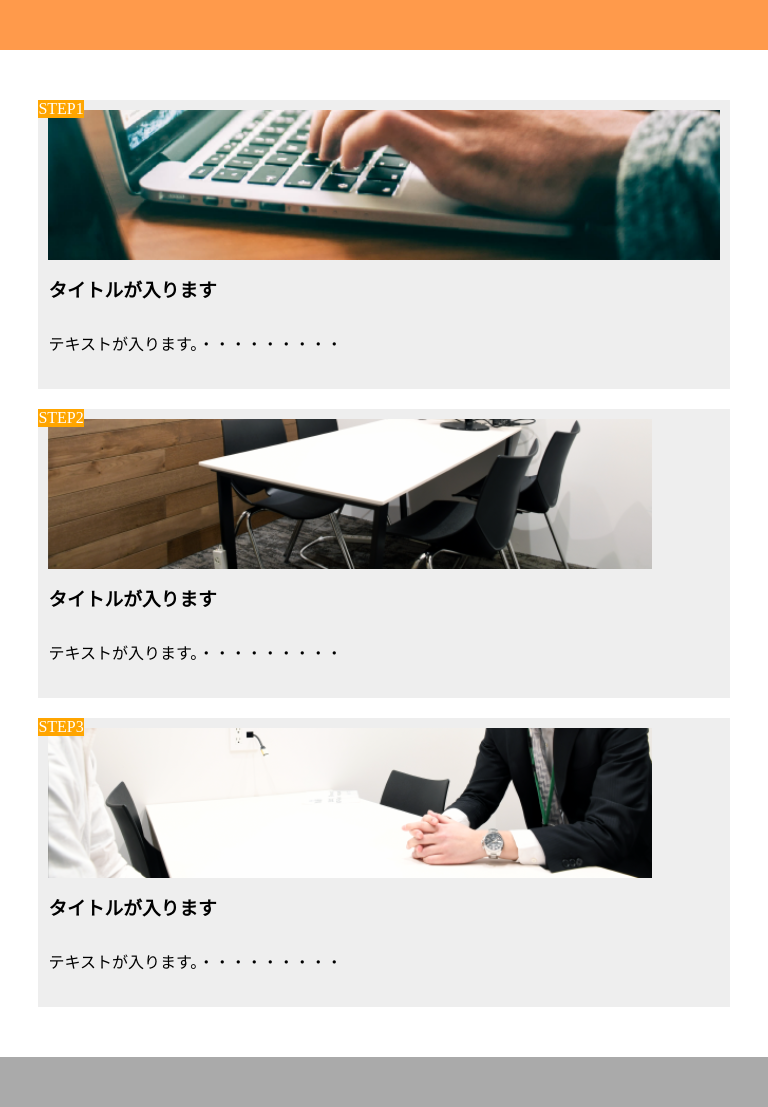
Repository: hahumanhugou/test1
Page: test1/test1.html
The author's editor kept a record of every edit. The page is drawn from the files as they stood at one moment, then again after the next edit.
The browser window is 768 px wide. The pictures show the whole page.
Some web libraries are served in a nearby version.

Above is the page before.

### test1/test1.html
<!DOCTYPE html>
<html lang="ja">
  <head>
    <meta charset="UTF-8" />
    <meta name="viewport" content="width=device-width,initial-scale=1.0">
     <script src="https://kit.fontawesome.com/13adee6c96.js" crossorigin="anonymous"></script>
    <!-- CSSファイルの読み込み -->
    <link rel="stylesheet" href="test1.css" />
    <title>確認課題１</title>
  </head>

  <body>
    <!-- header -->
    <header>  </header>
      <div class="largebox">
        <div class="box">
         <div class="image"></div>
          <h3 class="title">タイトルが入ります</h3>
          　<p class="text">テキストが入ります。・・・・・・・・・ </p>
          　　<div class="step"><font color="white">STEP1</font></div>
          </div>
            <div class="box">
         <div class="image2"></div>
          <h3 class="title">タイトルが入ります</h3>
          　<p class="text">テキストが入ります。・・・・・・・・・ </p>
          　　<div class="step"><font color="white">STEP2</font></div>
          </div>
            <div class="box">
         <div class="image3"></div>
          <h3 class="title">タイトルが入ります</h3>
          　<p class="text">テキストが入ります。・・・・・・・・・ </p>
          　　<div class="step"><font color="white">STEP3</font></div>
          </div>



        </div>
    <footer></footer>
 </body>
</html>

### test1/test1.css
* {
  box-sizing: border-box;
  margin: 0;
  padding: 0;
}

header {
  height: 50px;
  background-color: #ff9a4b;
}


.largebox{
  width: 960px;
  margin: 50px auto;
  display: flex;
}

.box{
  width: 300px;
  margin-right: 30px;
  padding: 10px;
  position: relative;
  background-color: #eee;
}

.step-box:last-child {
  margin-right: 0;
}
.image{
  background-image: url(img/flow01.png);
  height: 150px;
  background-position: bottom;
  background-size: cover;
}

.image2{
  background-image: url(img/flow02.png);
  height: 150px;
  background-position: bottom;
  background-size: cover;
}
.image3{
  background-image: url(img/flow03.png);
  height: 150px;
  background-position: bottom;
  background-size: cover;
}

.title{
 margin: 15px 0 5px;
}


.step{
 position: absolute;
 background-color: orange;
 top: 0;
 left: 0;
}

footer {
  height: 50px;
  background-color: #aaa;
}

@media screen and (max-width: 768px) {

.largebox{
  width: 100%;
  display: block;
  margin-right: 0;
  padding-left: 5%;
  padding-right: 5%;
}

.box{
  width: 100%;
  margin-bottom: 20px;

}

.step-box:last-child {
  margin-bottom:  0;
}
.image{
 width: 100%;
}

.image2{
 width: 90%
}
.image3{
 width: 90%;
}



}

After the next edit:
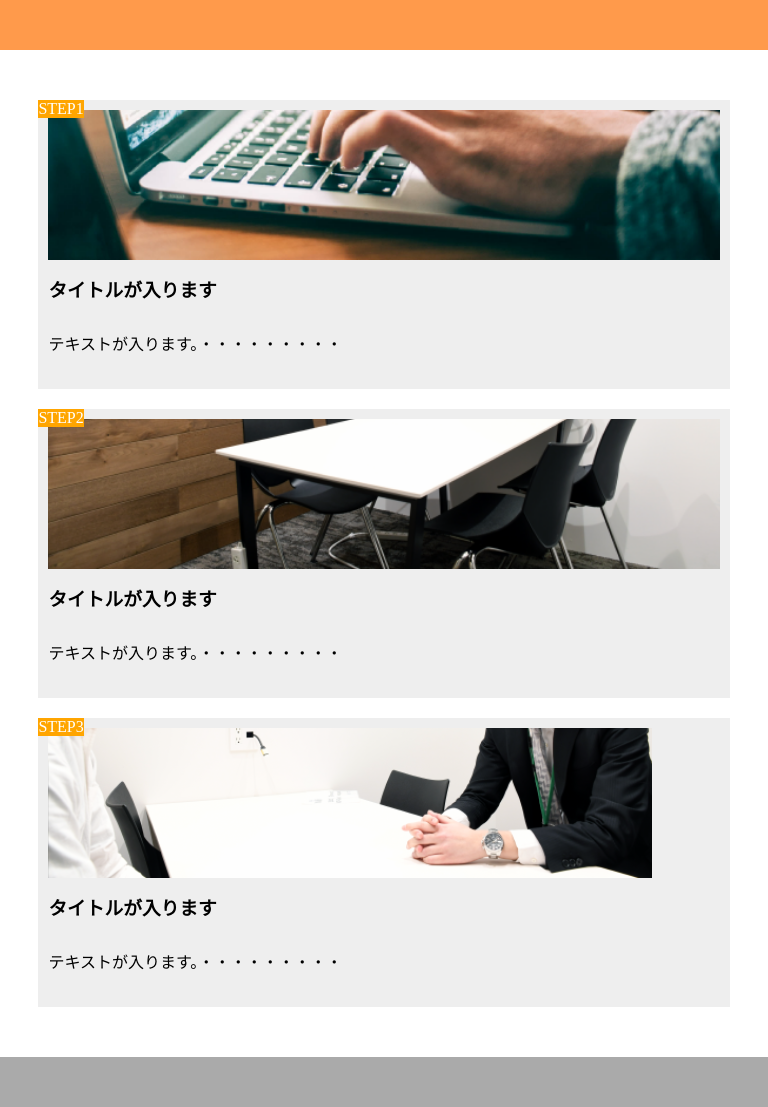
The edit:
--- a/test1/test1.css
+++ b/test1/test1.css
@@ -88,7 +88,7 @@
 }
 
 .image2{
- width: 90%
+ width: 100%
 }
 .image3{
  width: 90%;
